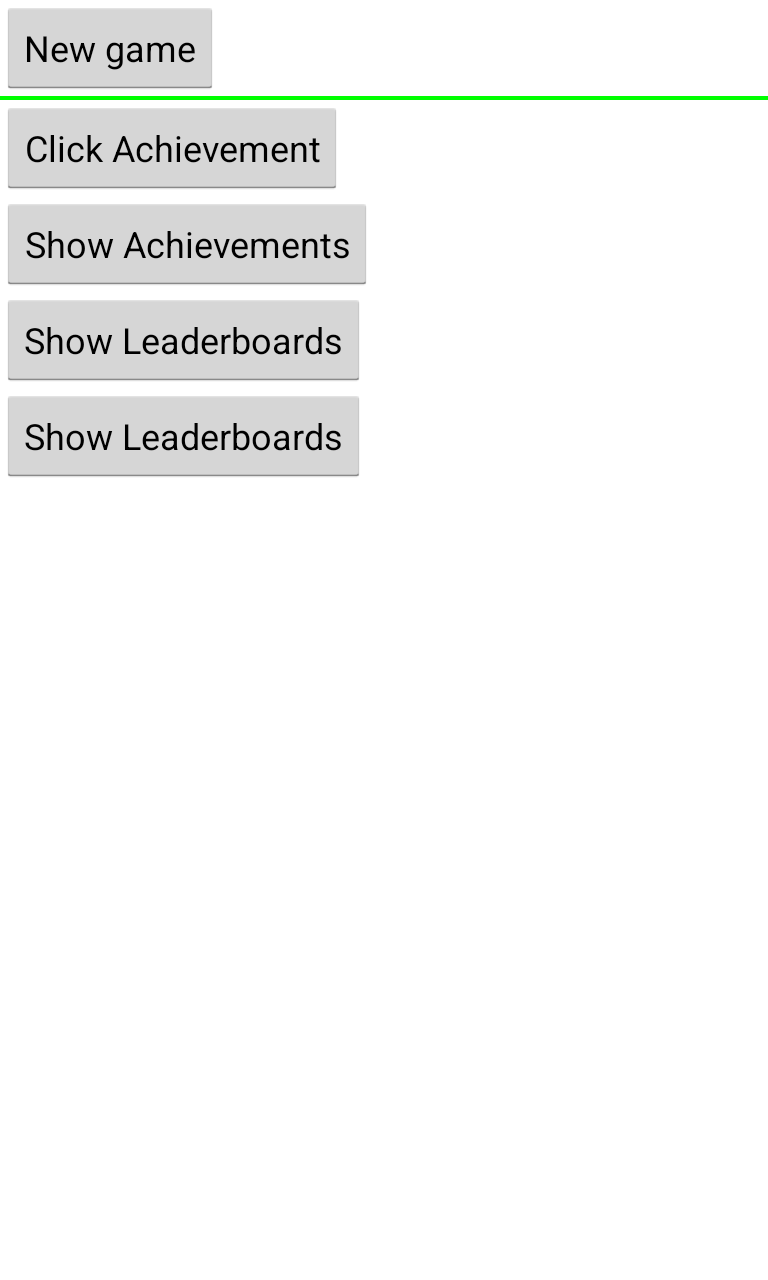
Repository: wassil/googleGamesTest
Layout: TicTacToe/res/layout/fragment_main_menu.xml
An editor plug-in stored every save of this project. The layout is shown before and after a run of saves, followed by the edit.
It is drawn on a 768 x 1280 px phone screen (xhdpi) without system bars, with theme AppTheme; the app's code is not run.

Above is the layout before, as saved 2014-04-01 00:02:10.

### TicTacToe/res/layout/fragment_main_menu.xml
<?xml version="1.0" encoding="utf-8"?>
<LinearLayout xmlns:android="http://schemas.android.com/apk/res/android"
    android:layout_width="match_parent"
    android:layout_height="match_parent"
    android:orientation="vertical"
    android:layout_gravity="center">"

    <Button
        android:id="@+id/buttonNewGame"
        android:layout_width="wrap_content"
        android:layout_height="wrap_content"
        android:text="New game" />
	<View
    	android:layout_width="fill_parent"
		android:layout_height="2dip"
		android:background="#FF00FF00" />
    <Button
        android:id="@+id/buttonClickAchievement"
        android:layout_width="wrap_content"
        android:layout_height="wrap_content"
        android:text="Click Achievement" />

    <Button
        android:id="@+id/buttonShowAchievements"
        android:layout_width="wrap_content"
        android:layout_height="wrap_content"
        android:text="Show Achievements" />

	<Button
        android:id="@+id/buttonShowLeaderboards"
        android:layout_width="wrap_content"
        android:layout_height="wrap_content"
        android:text="Show Leaderboards" />

	<Button
        android:id="@+id/buttonShowLeaderboards"
        android:layout_width="wrap_content"
        android:layout_height="wrap_content"
        android:text="Show Leaderboards" />

</LinearLayout>

Loaded but not shown: TicTacToe/res/values/styles.xml (common file); TicTacToe/res/values-v11/styles.xml (common file); TicTacToe/res/values-v14/styles.xml (common file)

After the next 2 saves:
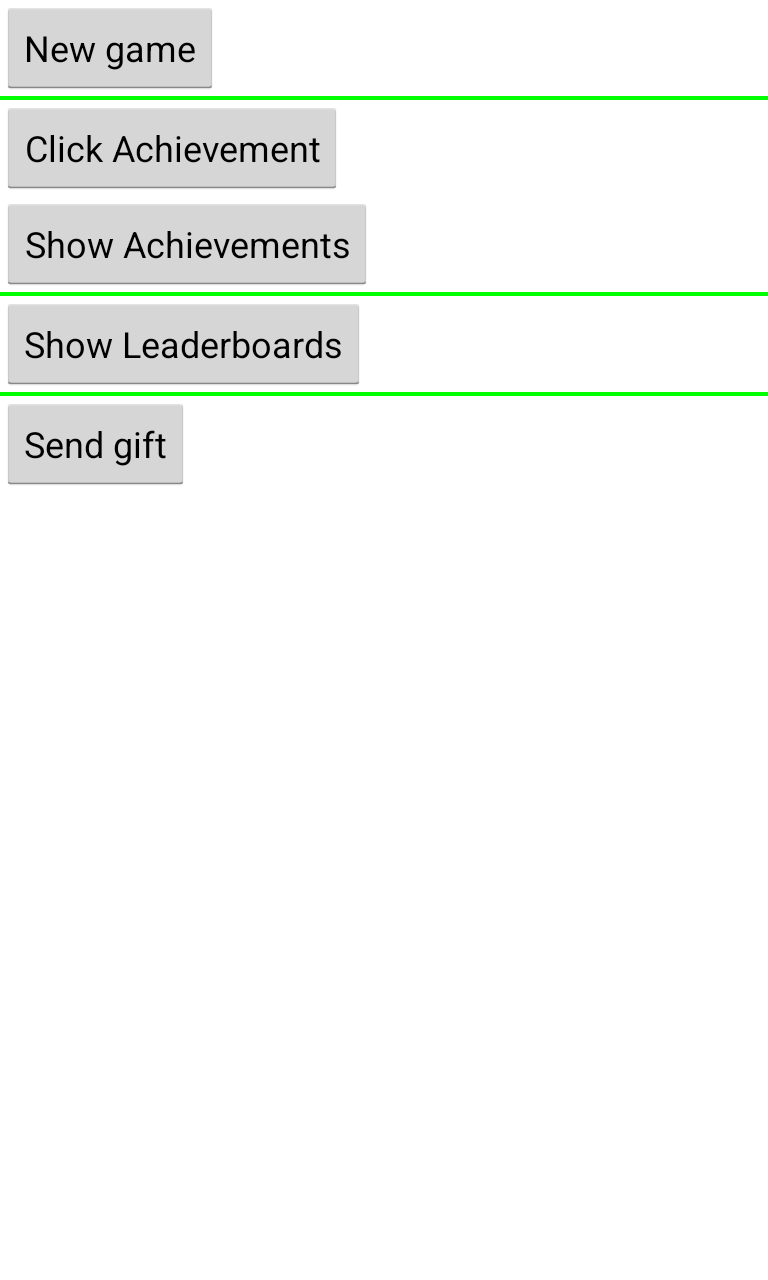
The 2 saves are shown as one change because they came seconds apart.
The last was saved 70 s later.
--- a/TicTacToe/res/layout/fragment_main_menu.xml
+++ b/TicTacToe/res/layout/fragment_main_menu.xml
@@ -26,11 +26,10 @@
         android:layout_height="wrap_content"
         android:text="Show Achievements" />
 
-	<Button
-        android:id="@+id/buttonShowLeaderboards"
-        android:layout_width="wrap_content"
-        android:layout_height="wrap_content"
-        android:text="Show Leaderboards" />
+	<View
+    	android:layout_width="fill_parent"
+		android:layout_height="2dip"
+		android:background="#FF00FF00" />
 
 	<Button
         android:id="@+id/buttonShowLeaderboards"
@@ -38,4 +37,15 @@
         android:layout_height="wrap_content"
         android:text="Show Leaderboards" />
 
+	<View
+    	android:layout_width="fill_parent"
+		android:layout_height="2dip"
+		android:background="#FF00FF00" />
+
+	<Button
+        android:id="@+id/buttonSendGift"
+        android:layout_width="wrap_content"
+        android:layout_height="wrap_content"
+        android:text="Send gift" />
+
 </LinearLayout>
